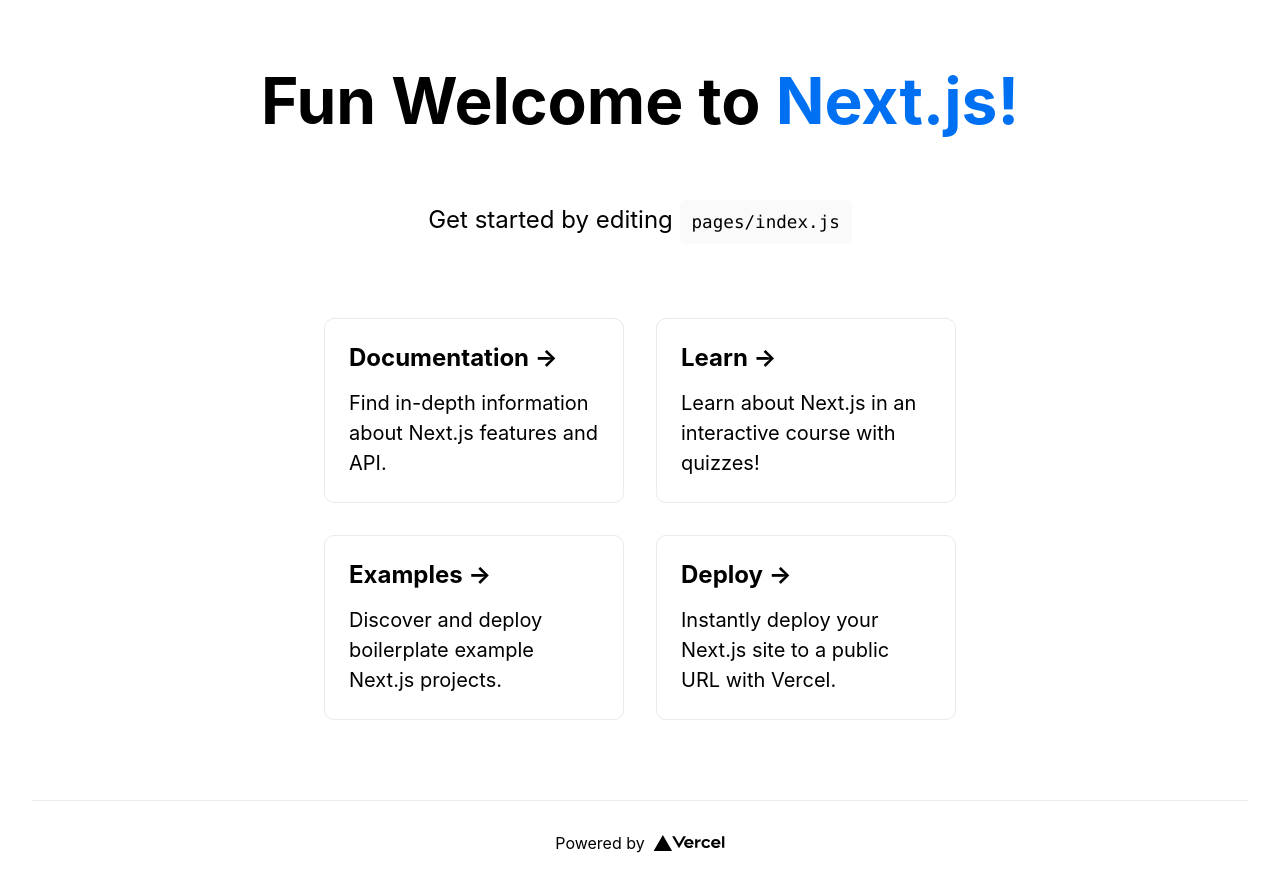
Repository: kanisaru/github-frontend-nextjs
Page: /
An editor plug-in stored every save of this project. The page is shown before and after a run of saves, followed by the edit.
The browser window is 1280 px wide. The pictures show the whole page.
The project was rebuilt for these pictures with package versions that can differ from the ones it lists, and the page was loaded fresh each time. The framework's server and built-in components were replaced by stand-ins that run in the browser. Also part of the build but not shown: next.config.js.

Above is the page before, as saved 2022-09-05 22:52:33.

After the next 2 saves:
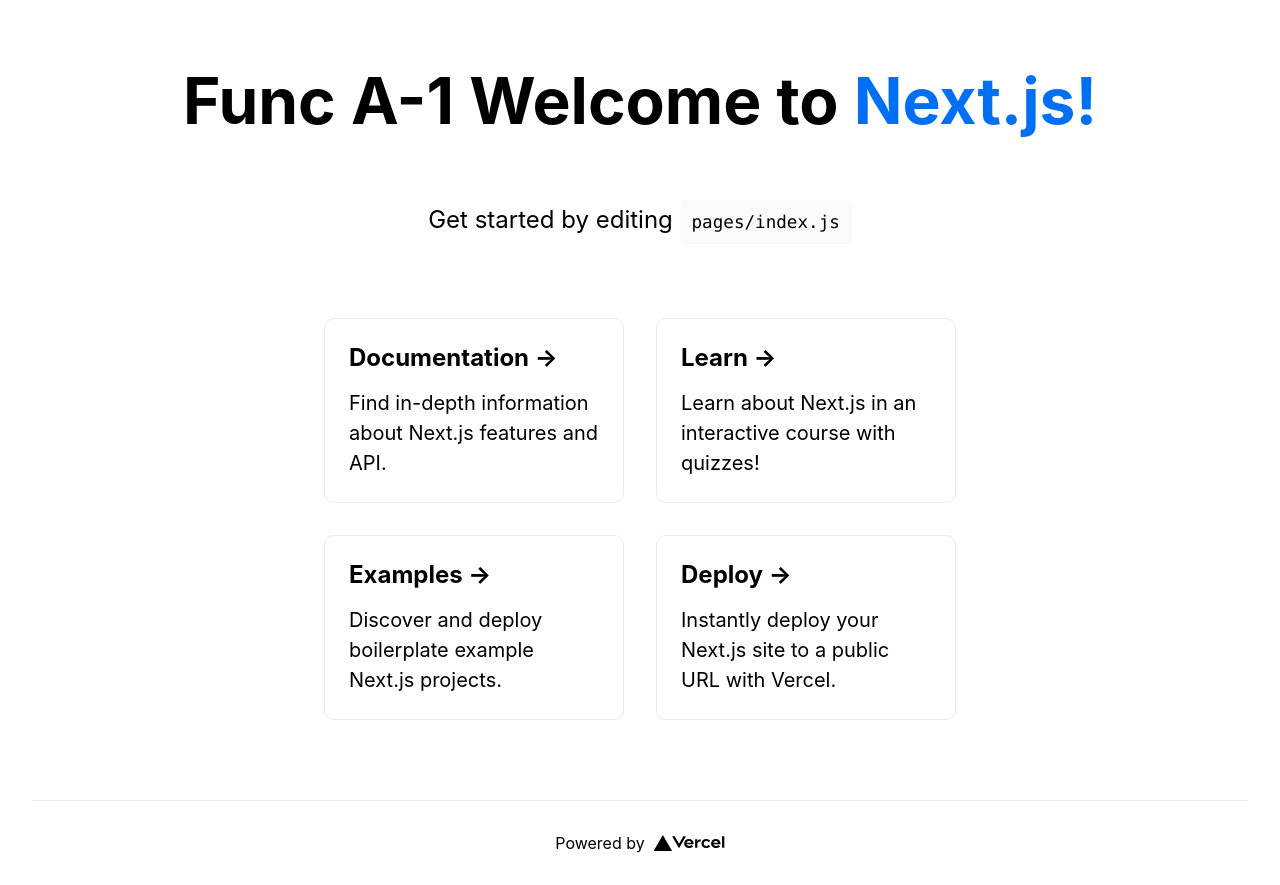
The 2 saves are shown as one change because they came seconds apart.
The last was saved 9 s later.
--- a/pages/index.js
+++ b/pages/index.js
@@ -13,7 +13,7 @@
 
       <main className={styles.main}>
         <h1 className={styles.title}>
-         Fun Welcome to <a href="https://nextjs.org">Next.js!</a>
+         Func A-1 Welcome to <a href="https://nextjs.org">Next.js!</a>
         </h1>
 
         <p className={styles.description}>
